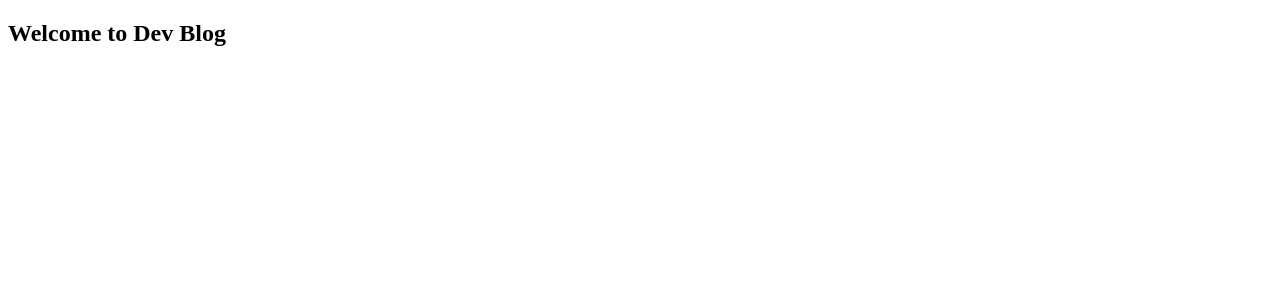
Repository: CarsonDev1/Blog-next
Page: /
These files come from the project's save history. The page is drawn as it stood at one moment and after the next save; the edit follows.
The browser window is 1280 px wide. The pictures show the whole page.
The project was rebuilt for these pictures with package versions that can differ from the ones it lists, and the page was loaded fresh each time. The framework's server and built-in components were replaced by stand-ins that run in the browser. Also part of the build but not shown: next.config.js.

Above is the page before, as saved 2023-04-24 20:26:02.

After the next save:
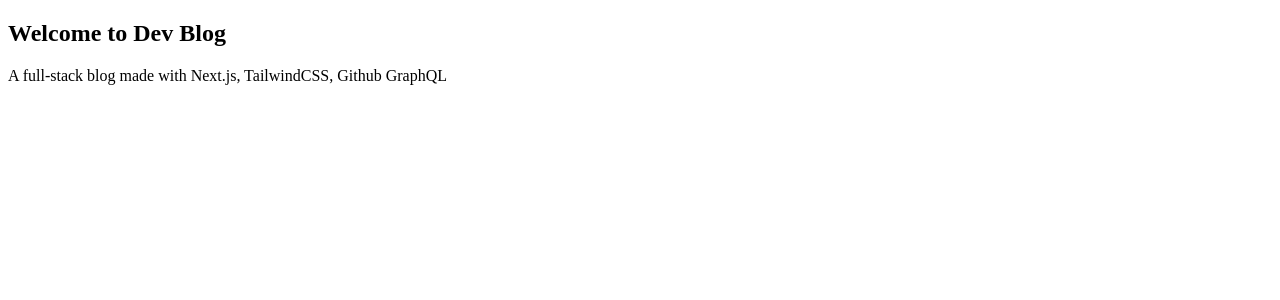
Saved 66 s later.
--- a/pages/index.tsx
+++ b/pages/index.tsx
@@ -5,7 +5,7 @@
 			<section>
 				<div className="">
 					<h1> Welcome to Dev Blog </h1>
-					<p></p>
+					<p> A full-stack blog made with Next.js, TailwindCSS, Github GraphQL </p>
 				</div>
 			</section>
 		</main>
